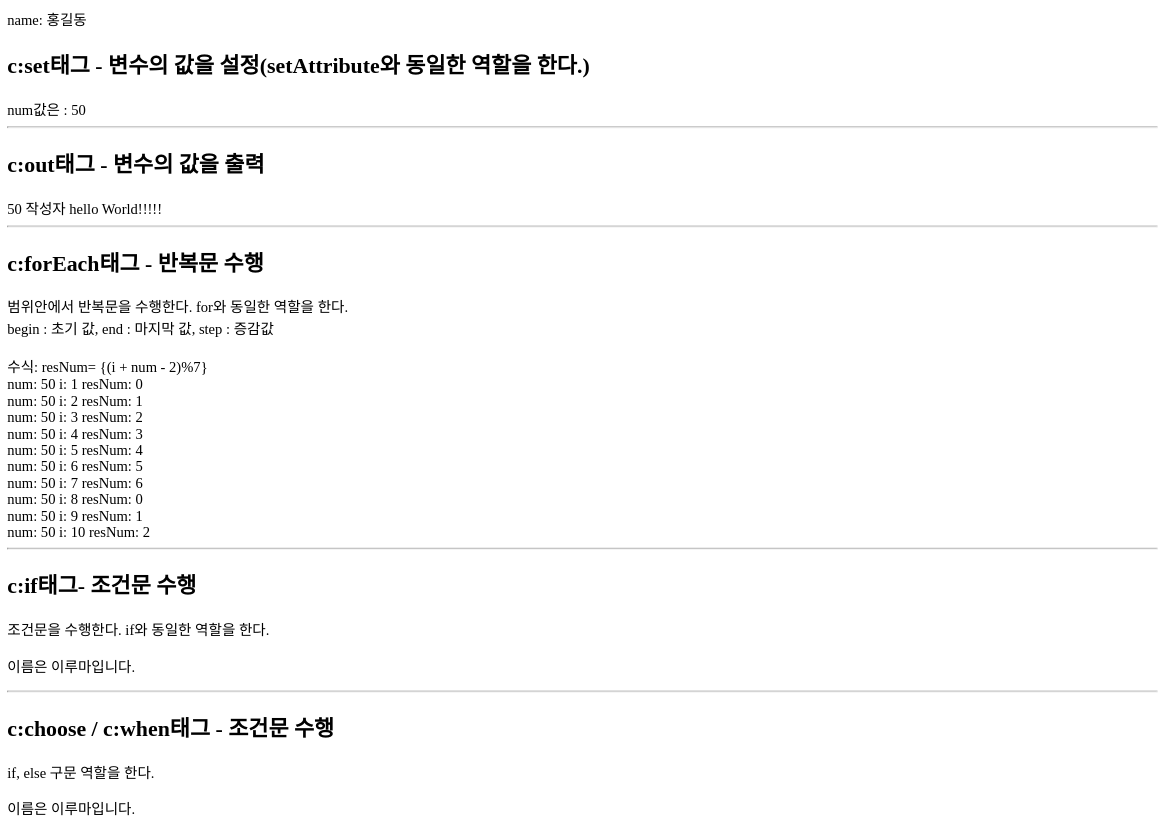
Repository: zhyuk/FullStackStudy
Page: http://localhost/jsptwo/13_03_jstl_core.jsp
These files come from the project's save history. The page is drawn as it stood at one moment and after the next save; the edit follows.
The browser window is 1280 px wide. The pictures show the whole page, at 91% of full size.
The page is served by Tomcat 9. Other server files are loaded and not shown.

Above is the page before, as saved 2024-08-30 07:57:56.

### jsp/jspwork/jsptwo/src/main/webapp/13_03_jstl_core.jsp
<%@ page language="java" contentType="text/html; charset=UTF-8"
    pageEncoding="UTF-8"%>
<%@ taglib prefix="c" uri="http://java.sun.com/jsp/jstl/core" %>
<!DOCTYPE html>
<html>
<head>
<meta charset="UTF-8">
<title>core 태그</title>
<%
// 가장 좁은 범위, 가장 높은 우선순위
pageContext.setAttribute("name", "홍길동");
request.setAttribute("name", "고희동");
session.setAttribute("name", "둘리");
// 가장 넓은 범위, 가장 낮은 우선순위
application.setAttribute("name", "마이콜");
%>
</head>
<body>
	<%--
	${} : EL 표기법.
	우선순위가 가장 높은 "홍길동" 적용.
	--%>

	name: ${name}<br>
	<!-- c:out을 사용하는 이유 : 보안. [참고] https://2ham-s.tistory.com/274 -->

	<h2>c:set태그 - 변수의 값을 설정(setAttribute와 동일한 역할을 한다.)</h2>
	<!-- var="변수명" : 변수 생성, value="값" : 해당 변수의 값을 설정 -->
	<c:set var="num" value="50"/>
<%-- <c:set var="num">50</c:set> <!-- 속성에 value값 기술하지 않으면 시작태그와 종료태그 사이에 작성된 텍스트가 값이 됨.--> --%>
<%-- <c:set var="num" value="50" scope="page"/> <!-- scope="" : 변수의 범위를 지정할 수 있음. --> --%>
	num값은 : ${num}<br><hr>

	<h2>c:out태그 - 변수의 값을 출력</h2>
	<!-- default="0" : 기본값 설정. num 변수에 값이 없으면 0 출력됨 -->
	<c:out value="${num}" default="0"/>
	<c:out value="작성자" default="admin"/>
	<c:out value="hello World!!!!!"/><br><hr>

	<h2>c:forEach태그 - 반복문 수행</h2>
	범위안에서 반복문을 수행한다. for와 동일한 역할을 한다.<br>
	begin : 초기 값, end : 마지막 값, step : 증감값<br><br>

	<c:out value="수식: resNum= {(i + num - 2)%7}"/><br>

	<c:forEach var="i" begin="1" end="10" step="1">
		<c:set var="resNum" value="${(i + num - 2)%7}"/>
		<c:out value="num: ${num}"/>
		<c:out value="i: ${i}"/>
		<c:out value="resNum: ${resNum}"/><br>
	</c:forEach><hr>

	<h2>c:if태그- 조건문 수행</h2>
	조건문을 수행한다. if와 동일한 역할을 한다.<br>
	<jsp:useBean id="memberBean" class="com.dto.MemberBean"/>
	<c:if test="${memberBean.name eq '이루마'}">
		<p>이름은 ${memberBean.name}입니다.</p>
	</c:if><hr>

	<h2>c:choose / c:when태그 - 조건문 수행</h2>
	if, else 구문 역할을 한다.<br>
	<c:choose>
		<c:when test="${memberBean.name eq '고길동'}">
			<p>이름은 ${memberBean.name}입니다.</p>
		</c:when>
		<c:when test="${memberBean.name eq '홍길순'}">
			<p>이름은 ${memberBean.name}입니다.</p>
		</c:when>
		<c:otherwise>
			<p>이름은 ${memberBean.name}입니다.</p>
		</c:otherwise>
	</c:choose>

	<!-- 참고사이트: https://yunamom.tistory.com/179 -->
</body>
</html>

### jsp/jspwork/jsptwo/src/main/java/com/dto/MemberBean.java
package com.dto;

public class MemberBean {
	private int id = 5;
	private String name = "이루마";
	private String[] hobby = new String[3];

	public MemberBean() {}

	public int getId() {
		return id;
	}

	public void setId(int id) {
		this.id = id;
	}

	public String getName() {
		return name;
	}

	public void setName(String name) {
		this.name = name;
	}

	public String[] getHobby() {
		return hobby;
	}

	public void setHobby(String[] hobby) {
		this.hobby = hobby;
	}

}

After the next save:
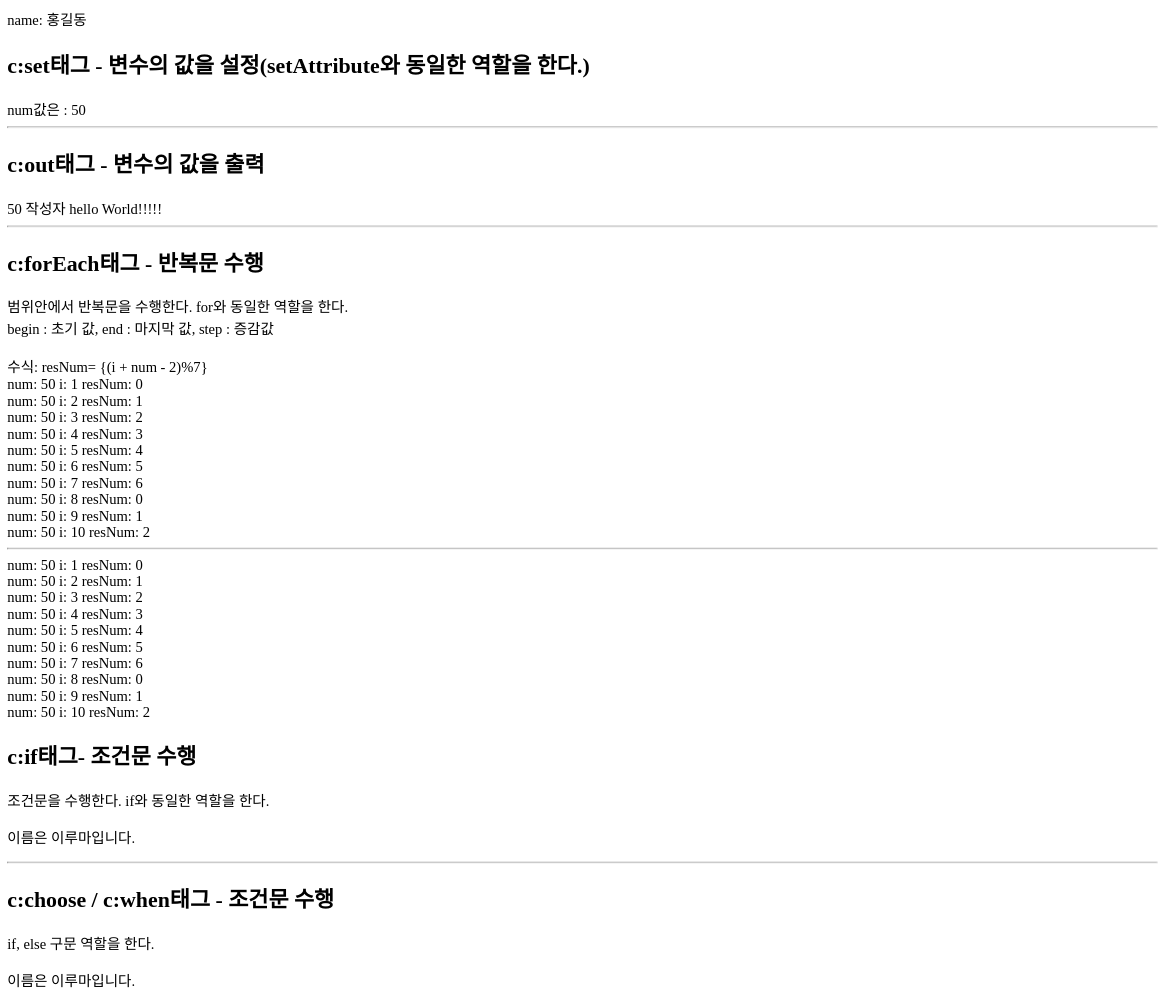
Saved 10 s later.
--- a/jsp/jspwork/jsptwo/src/main/webapp/13_03_jstl_core.jsp
+++ b/jsp/jspwork/jsptwo/src/main/webapp/13_03_jstl_core.jsp
@@ -50,6 +50,13 @@ application.setAttribute("name", "마이콜");
 		<c:out value="resNum: ${resNum}"/><br>
 	</c:forEach><hr>
 
+	<c:forEach var="i" begin="1" end="10" step="1">
+		<c:set var="resNum" value="${(i + num - 2)%7}"/>
+		<c:out value="num: ${num}"/>
+		<c:out value="i: ${i}"/>
+		<c:out value="resNum: ${resNum}"/><br>
+	</c:forEach>
+
 	<h2>c:if태그- 조건문 수행</h2>
 	조건문을 수행한다. if와 동일한 역할을 한다.<br>
 	<jsp:useBean id="memberBean" class="com.dto.MemberBean"/>
